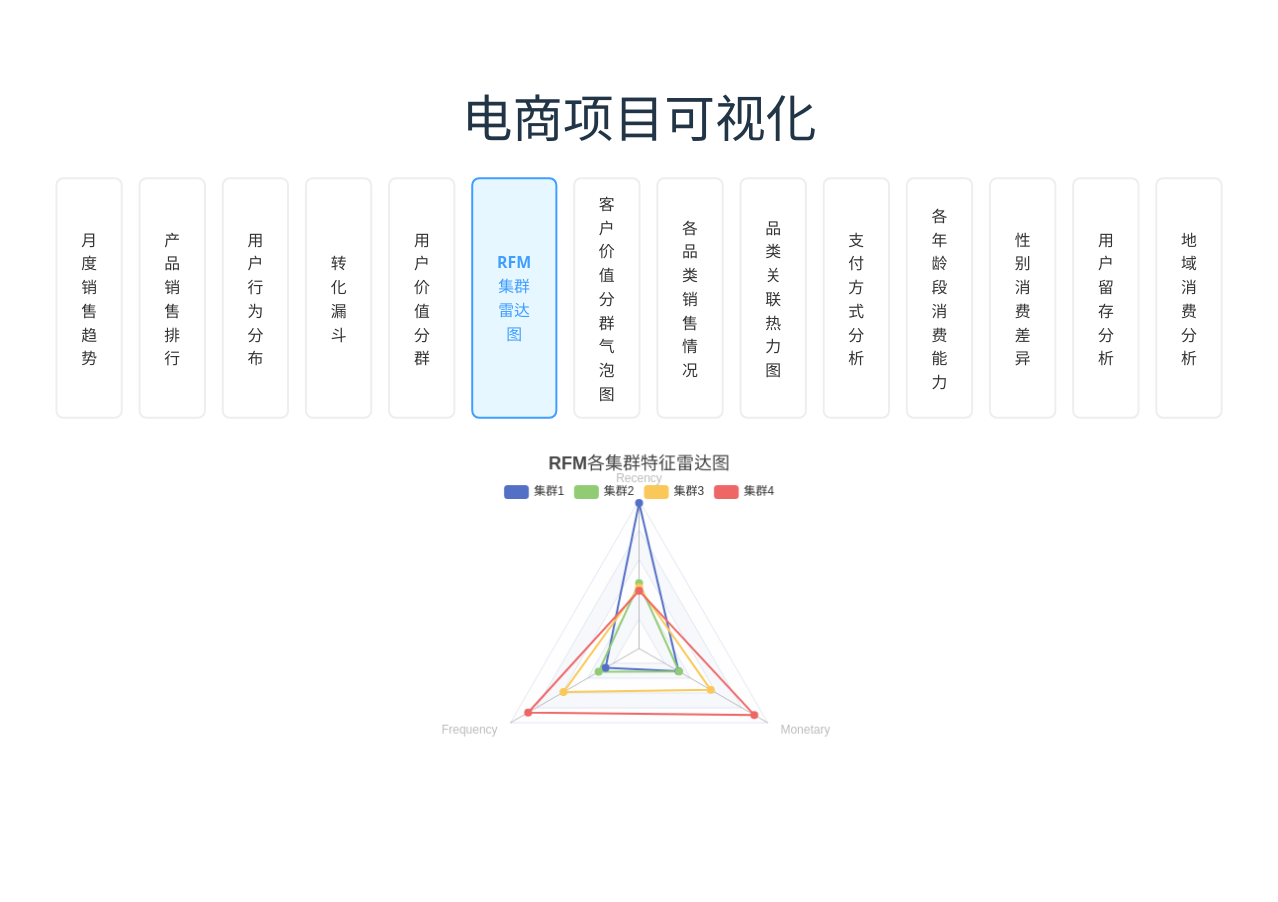
Repository: sakimi-9/DPV-EC
Page: / (app in src/rendering/), after clicking the first element matching `div > :nth-child(6)`
The author's editor kept a copy of each file at every save. The page is drawn from the files as they stood at one save, then again after the next save.
The browser window is 1280 px wide. The page is 1291 px wide, so the pictures cover 1291 px, including what lies to the right of the window. The pictures show the whole page, at 99% of full size.
The page's requests for data from a server got no answer. The project was rebuilt for these pictures with package versions that can differ from the ones it lists, and the page was loaded fresh each time. No one was signed in, and anything a server would have sent is missing. Also part of the build but not shown: src/rendering/vite.config.ts, src/rendering/src/views/ProductRank.vue, src/rendering/src/views/UserBehavior.vue, src/rendering/src/views/Funnel.vue, src/rendering/src/views/RFMScatter.vue, src/rendering/src/views/RFMBubble.vue, src/rendering/src/views/CategorySales.vue, src/rendering/src/views/CategoryHeatmap.vue and 5 more.

Above is the page before, as saved 2025-06-19 13:59:05.

After the next save:
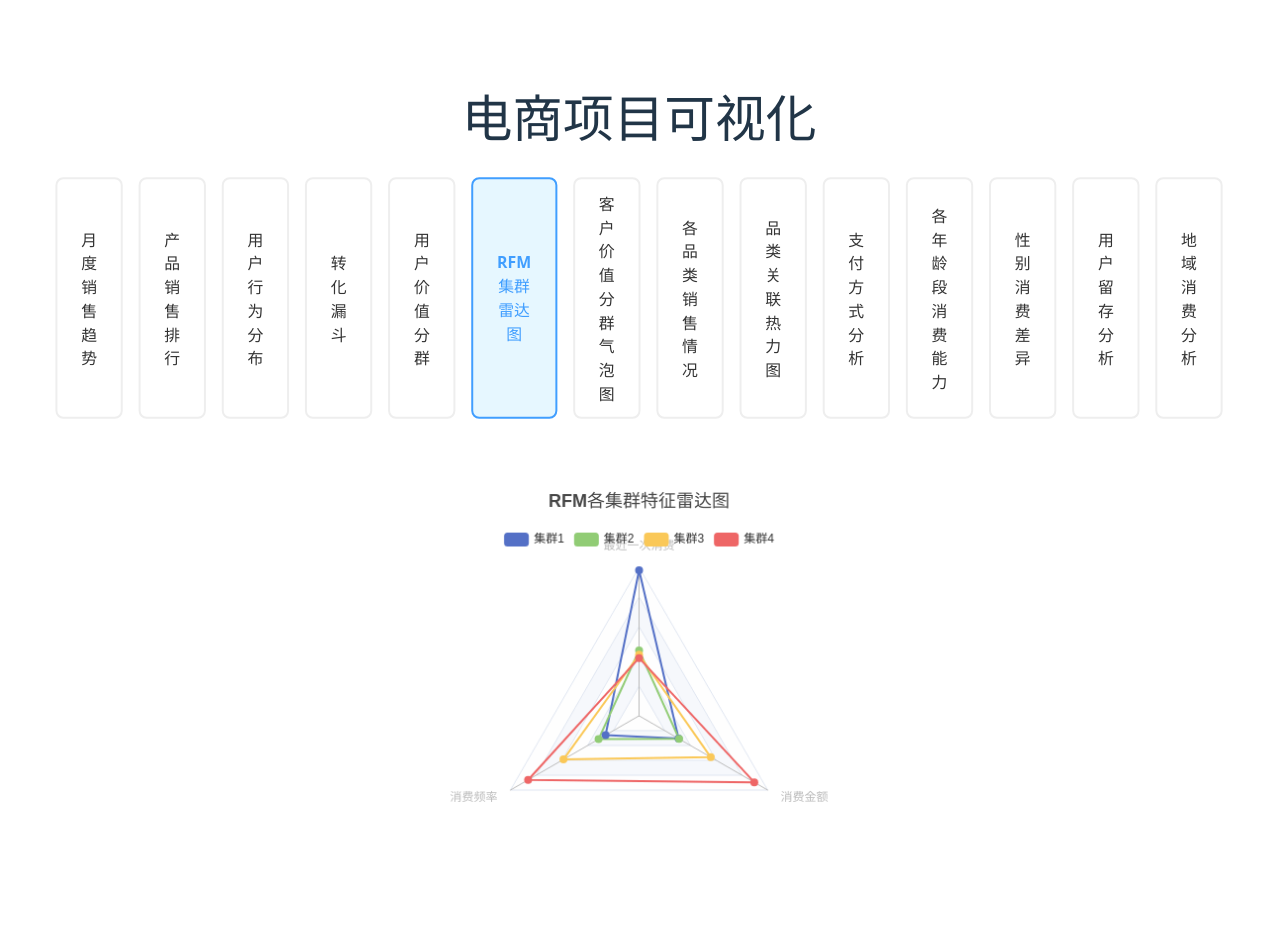
Saved 5 min 53 s later.
--- a/src/rendering/src/views/RFMRadar.vue
+++ b/src/rendering/src/views/RFMRadar.vue
@@ -1,5 +1,7 @@
 <template>
-    <EchartBase :option="option" height="400px" />
+    <div style="margin-top: 60px;">
+        <EchartBase :option="option" height="400px" />
+    </div>
 </template>
 
 <script setup lang="ts">
@@ -12,15 +14,15 @@ onMounted(async () => {
     const res = await fetch('/rfm_radar.json')
     const data = await res.json()
     const indicators = [
-        { name: 'Recency', max: 2, min: -2 },
-        { name: 'Frequency', max: 2, min: -2 },
-        { name: 'Monetary', max: 2, min: -2 }
+        { name: '最近一次消费', max: 2, min: -2 },
+        { name: '消费频率', max: 2, min: -2 },
+        { name: '消费金额', max: 2, min: -2 }
     ]
     option.value = {
-        title: { text: 'RFM各集群特征雷达图', left: 'center' },
+        title: { text: 'RFM各集群特征雷达图', left: 'center', top: 10 },
         tooltip: {},
-        legend: { data: data.map((d: any) => `集群${d.cluster + 1}`), top: 30 },
-        radar: { indicator: indicators },
+        legend: { data: data.map((d: any) => `集群${d.cluster + 1}`), top: 50 },
+        radar: { indicator: indicators, center: ['50%', '60%'] },
         series: [{
             type: 'radar',
             data: data.map((d: any) => ({
